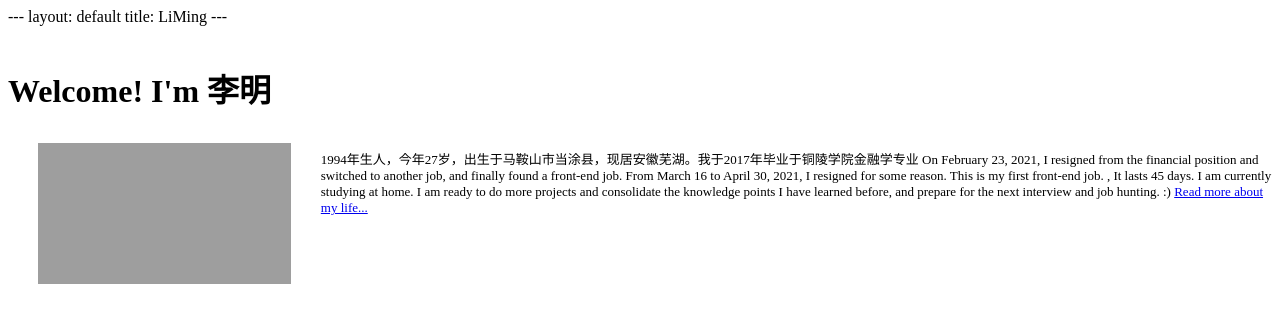
Repository: lm101845/lm101845.github.io
Page: index.html
The author's editor kept a copy of each file at every save. The page is drawn from the files as they stood at one save, then again after the next save.
The browser window is 1280 px wide. The pictures show the whole page.
Pictures or frames that could not be fetched are drawn as grey boxes.

Above is the page before, as saved 2021-08-07 16:33:02.

### index.html
<!--
 * @Author: liming
 * @Date: 2021-08-07 15:46:06
 * @LastEditTime: 2021-08-07 16:32:55
 * @FilePath: \lm101845.github.io\index.html
-->
--- layout: default title: LiMing ---
<div class="blurb">
  <br />
  <h1>Welcome! I'm 李明</h1>
  <!-- 	height="230" width="185" -->
  <font size="2.5"
    ><p>
      <img
        src="images/Profile_round_faceapp.png"
        style="height: 20%; width: 20%"
        align="left"
        border="0"
        hspace="30"
        vspace="10"
      />
      <br />1994年生人，今年27岁，出生于马鞍山市当涂县，现居安徽芜湖。我于2017年毕业于铜陵学院金融学专业

      <!-- 		I'm passionate about vision-based robotics. -->
      On February 23, 2021, I resigned from the financial position and switched
      to another job, and finally found a front-end job. From March 16 to April
      30, 2021, I resigned for some reason. This is my first front-end job. , It
      lasts 45 days. I am currently studying at home. I am ready to do more
      projects and consolidate the knowledge points I have learned before, and
      prepare for the next interview and job hunting. :)
      <a href="/about">Read more about my life...</a>
    </p>
  </font>
  <br /><br /><br /><br /><br /><br /><br /><br /><br /><br /><br /><br />

  <!-- 	<br/><br/> -->
  <!-- 	<p><img src="images/rajendraFullPic2.jpg" height="30%" width="30%" align="left" border="1" HSPACE="30" VSPACE="10" /><br/>I'm an undergraduate student at <em>CSE, IIT Palakkad.</em> I'm passionate about vision-based robotics. I've participated in several robotics and ML related competitions. I was the former head of Robotics Club, IIT Palakkad. My major projects are based on the swarm, slam and vision-based pick and place. I am currently working on mobile manipulators based on ROS. My goal is to lead a robotics research lab and learn more about the field along the way. <a href="/about">Read more about my life...</a></p> -->
  <!-- 	<br/><br/><br/><br/><br/><br/><br/><br/><br/><br/><br/><br/><br/><br/> -->

  <!-- 	<h2 align="right">What others say about me on LinkedIn</h2>
	<img src="images/recommendation.png" style='height: 70%; width: 70%' align="right" border="0" HSPACE="0" VSPACE="10" />
	<br/><br/><br/><br/><br/><br/><br/><br/><br/><br/><br/><br/><br/><br/><br/><br/><br/><br/><br/><br/><br/><br/><br/><br/><br/><br/><br/><br/><br/><br/> -->
</div>
<!-- /.blurb -->

After the next save:
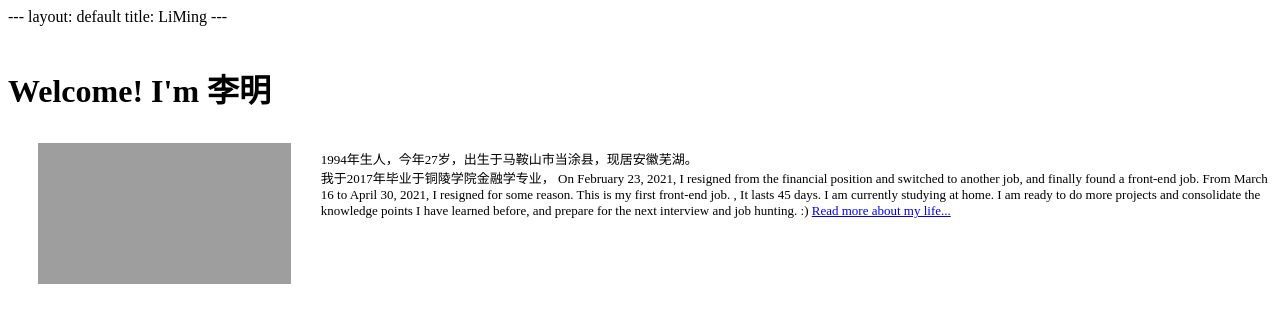
Saved 70 s later.
--- a/index.html
+++ b/index.html
@@ -1,7 +1,7 @@
 <!--
  * @Author: liming
  * @Date: 2021-08-07 15:46:06
- * @LastEditTime: 2021-08-07 16:32:55
+ * @LastEditTime: 2021-08-07 16:34:12
  * @FilePath: \lm101845.github.io\index.html
 -->
 --- layout: default title: LiMing ---
@@ -19,7 +19,8 @@
         hspace="30"
         vspace="10"
       />
-      <br />1994年生人，今年27岁，出生于马鞍山市当涂县，现居安徽芜湖。我于2017年毕业于铜陵学院金融学专业
+      <br />1994年生人，今年27岁，出生于马鞍山市当涂县，现居安徽芜湖。
+      <br>我于2017年毕业于铜陵学院金融学专业，
 
       <!-- 		I'm passionate about vision-based robotics. -->
       On February 23, 2021, I resigned from the financial position and switched
